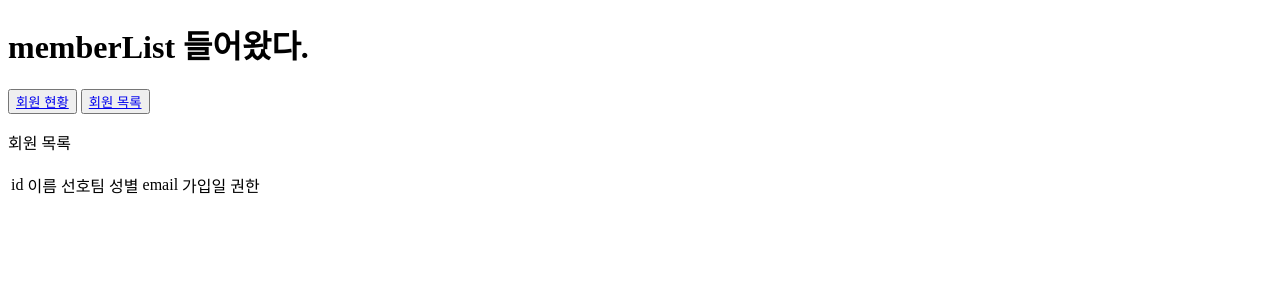
Repository: banana1531/ggs
Page: http://localhost/ggs/WEB-INF/views/admin/memberList.jsp
The author's editor kept a copy of each file at every save. The page is drawn from the files as they stood at one save, then again after the next save.
The browser window is 1280 px wide. The pictures show the whole page.
The page is served by Tomcat 9. Nobody is signed in. The template is opened directly, without the code that normally fills it, so the values that code supplies are empty.

Above is the page before, as saved 2020-07-11 07:07:36.

After the next save:
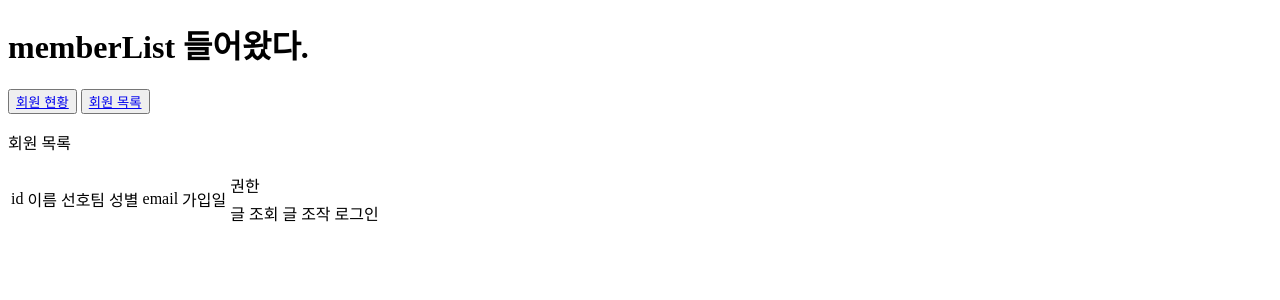
Saved 19 min 27 s later.
--- a/99s/ggs/src/main/webapp/WEB-INF/views/admin/memberList.jsp
+++ b/99s/ggs/src/main/webapp/WEB-INF/views/admin/memberList.jsp
@@ -18,13 +18,18 @@
 	<p>회원 목록</p>
 		<table class="table">
 			<tr>
-				<td>id</td>
-				<td>이름</td>
-				<td>선호팀</td>
-				<td>성별</td>
-				<td>email</td>
-				<td>가입일</td>
-				<td>권한</td>
+				<td rowspan="2">id</td>
+				<td rowspan="2">이름</td>
+				<td rowspan="2">선호팀</td>
+				<td rowspan="2">성별</td>
+				<td rowspan="2">email</td>
+				<td rowspan="2">가입일</td>
+				<td colspan="3">권한</td>
+			</tr>
+			<tr>
+				<td>글 조회</td>
+				<td>글 조작</td>
+				<td>로그인</td>
 			</tr>
 			<c:forEach items="${memberList}" var="list">
 				<tr class="dto">
@@ -34,7 +39,7 @@
 					<td>${list.gender }</td>
 					<td>${list.email }</td>
 					<td><fmt:formatDate value="${list.joindate }" pattern="yyyy-MM-dd"/></td>
-					<td></td>
+					<
 				</tr>
 			</c:forEach>
 		</table>
